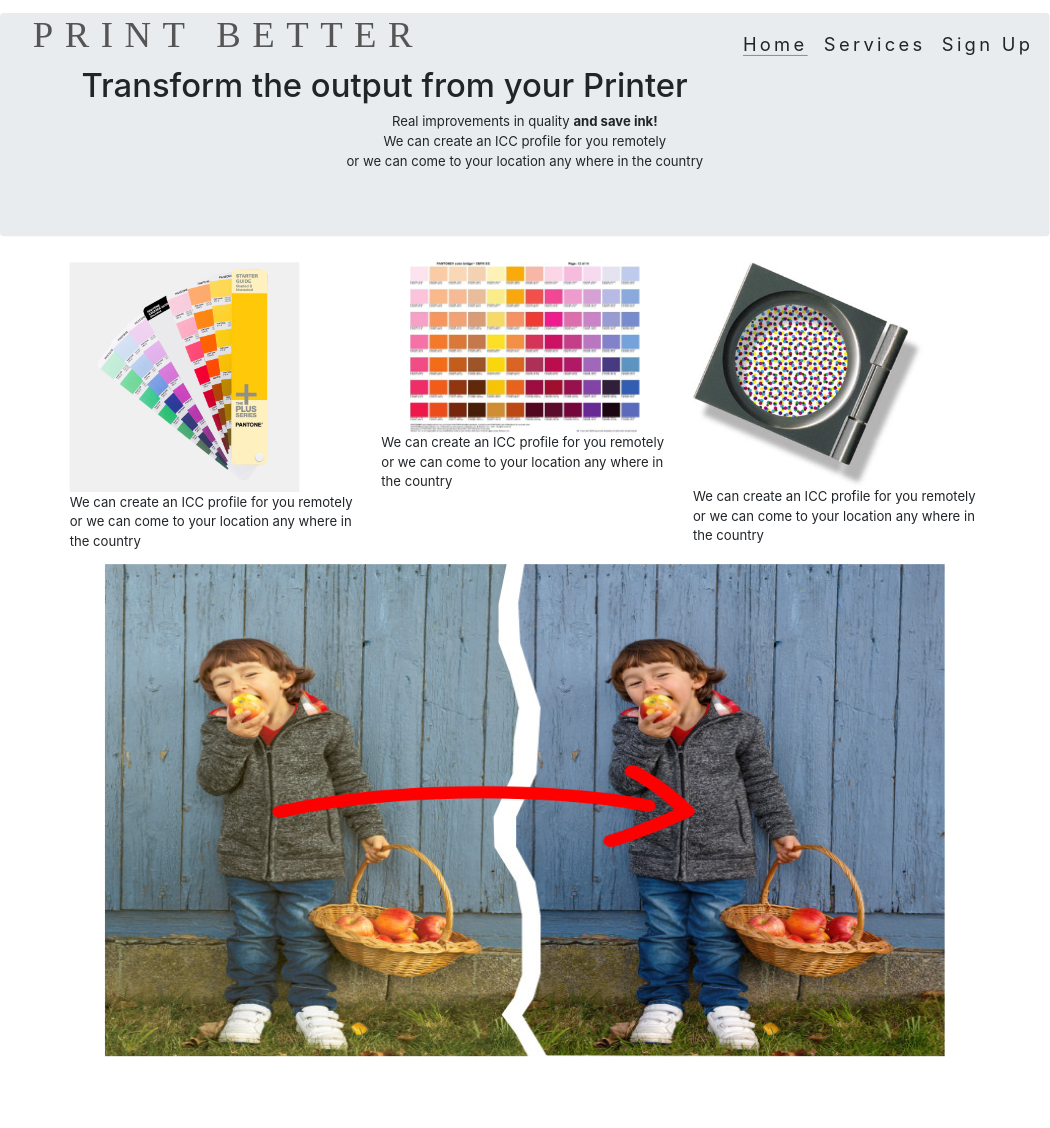
Repository: marks530/first_milestone
Page: index.html
These files come from the project's save history. The page is drawn as it stood at one moment and after the next save; the edit follows.
The browser window is 1280 px wide. The pictures show the whole page, at 82% of full size.
Some web libraries are served in a nearby version.

Above is the page before, as saved 2021-03-13 16:28:39.

After the next save:
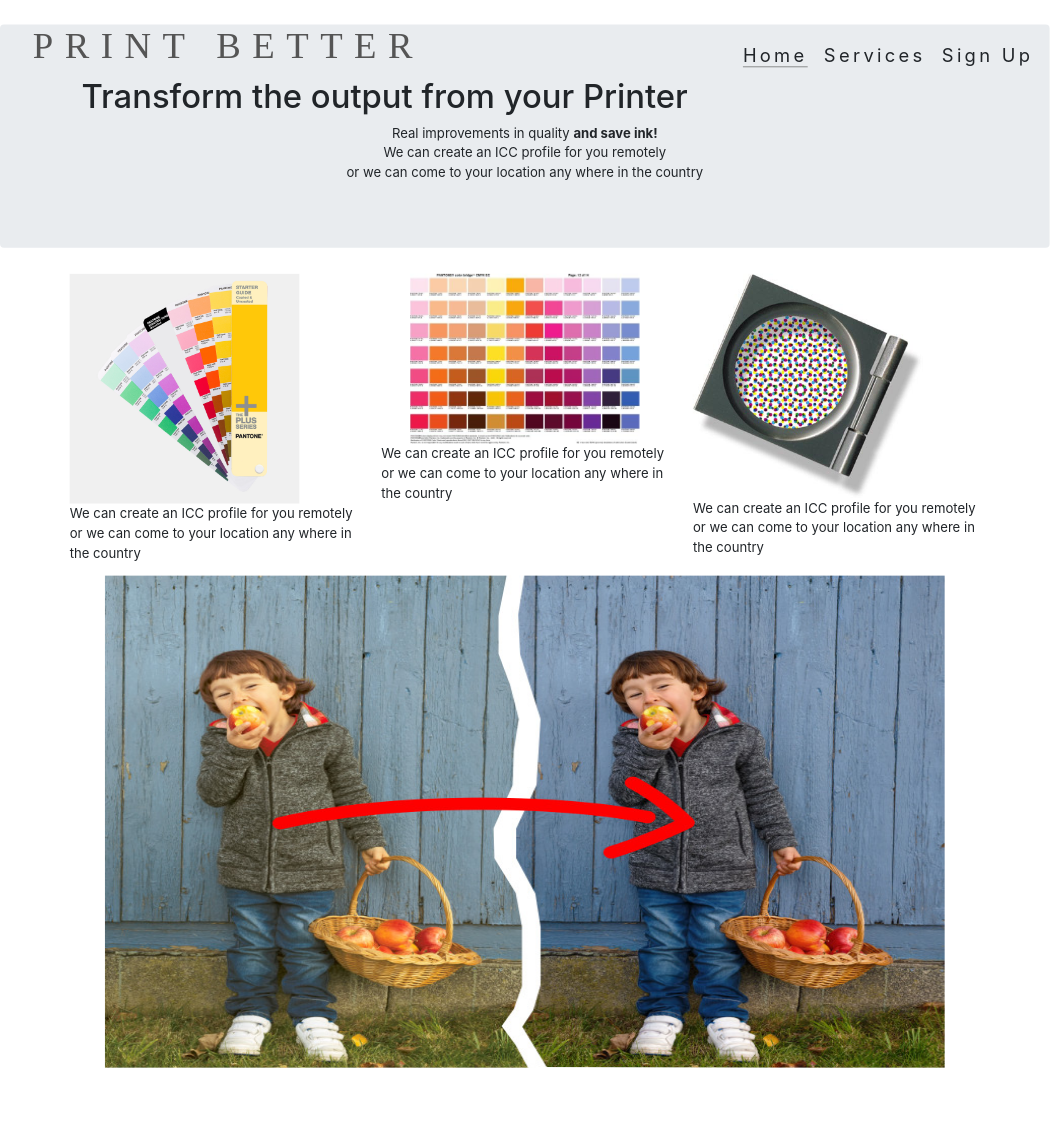
Saved 32 s later.
--- a/css/style.css
+++ b/css/style.css
@@ -65,3 +65,7 @@
 #reduce {
     height: auto;
 }
+
+#move-image-down {
+    margin-top: 30px;
+}

After the save that followed:
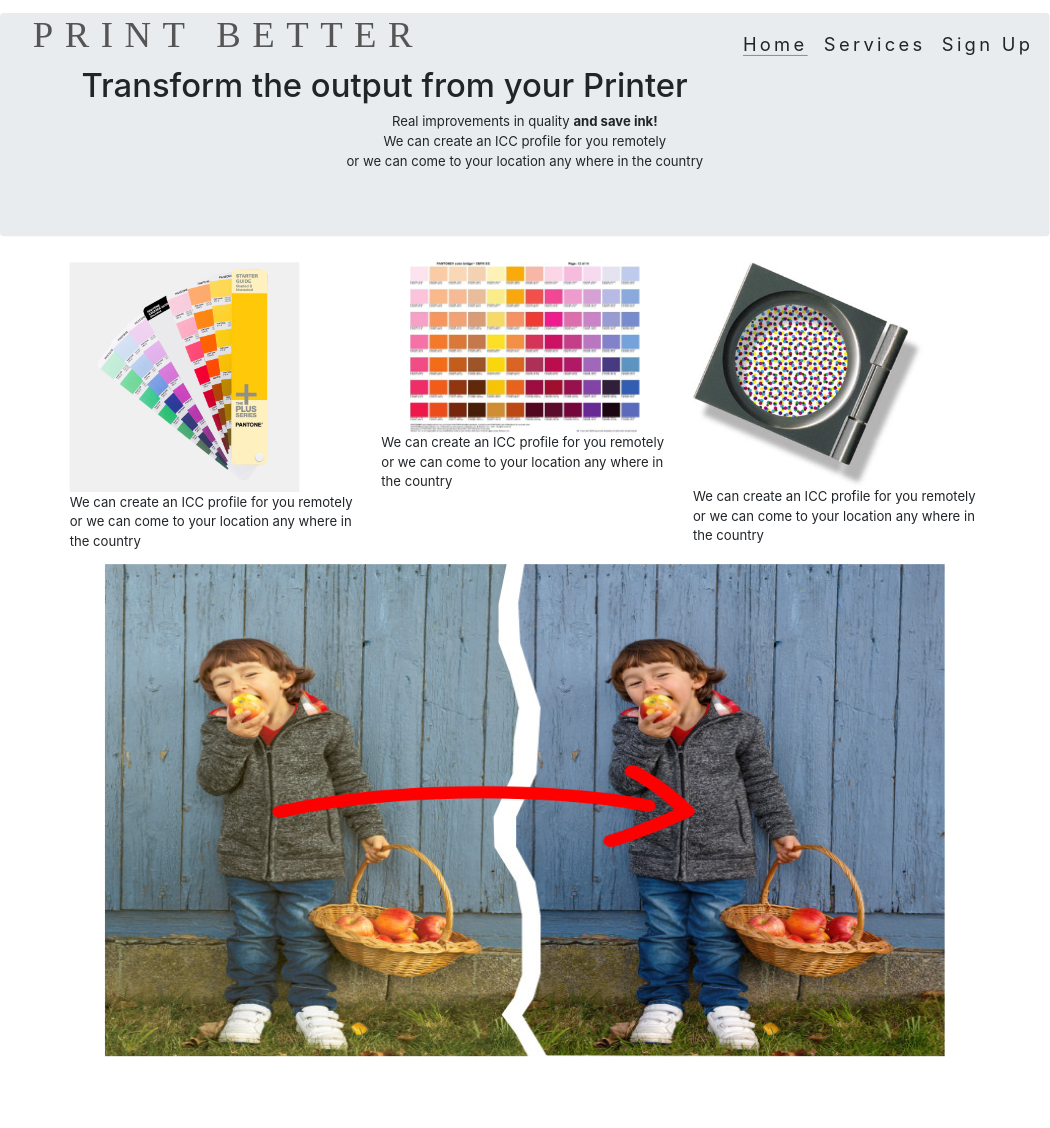
Saved 57 s later.
--- a/index.html
+++ b/index.html
@@ -34,7 +34,7 @@
         </nav>
     </header>
 
-    <div class="jumbotron text-center" id="move-image-down">
+    <div class="jumbotron text-center">
         <h1>Transform the output from your Printer</h1>
         <p>Real improvements in quality <strong>and save ink!</strong><br>We can create an ICC profile for you remotely <br>or we can come to your location any where in the country
         </p>
